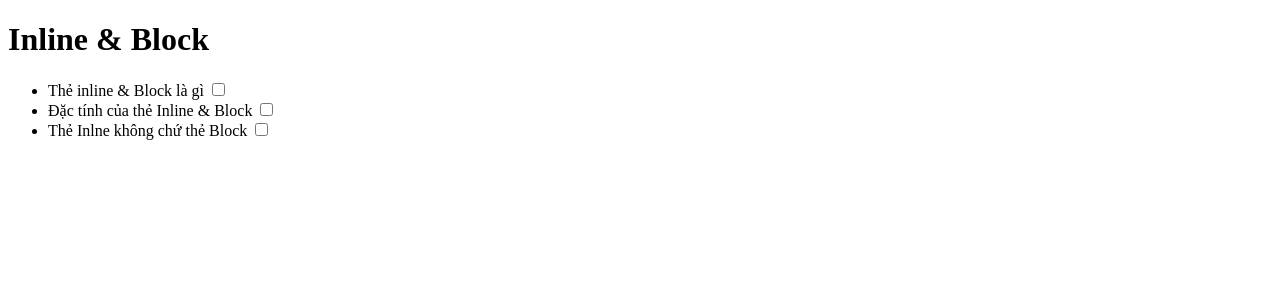
Repository: phanvu0103/HTML-CSS
Page: CSS_23_Thẻ-Inline_và_Thẻ_block/04_thẻ_display/index.html
An editor plug-in stored every save of this project. The page is shown before and after the next save, followed by the edit.
The browser window is 1280 px wide. The pictures show the whole page.

Above is the page before, as saved 2022-10-18 12:30:37.

### CSS_23_Thẻ-Inline_và_Thẻ_block/04_thẻ_display/index.html
<!DOCTYPE html>
<html lang="en">
  <head>
    <meta charset="UTF-8" />
    <meta name="viewport" content="width=device-width, initial-scale=1.0" />
    <title>Document</title>
    <link rel="stylesheet" href="style.css" />
  </head>
  <body>
    <h1>Inline & <strong>Block</strong></h1>
    <ul>
      <li>
        Thẻ inline & Block là gì
        <input type="checkbox" />
      </li>
      <li>
        Đặc tính của thẻ Inline & Block
        <input type="checkbox" />
      </li>
      <li>
        Thẻ Inlne không chứ thẻ Block
        <input type="checkbox" />
      </li>
    </ul>
  </body>
</html>

Loaded but not shown: CSS_23_Thẻ-Inline_và_Thẻ_block/04_thẻ_display/style.css (no stored copy; drawn as an empty file)

After the next save:
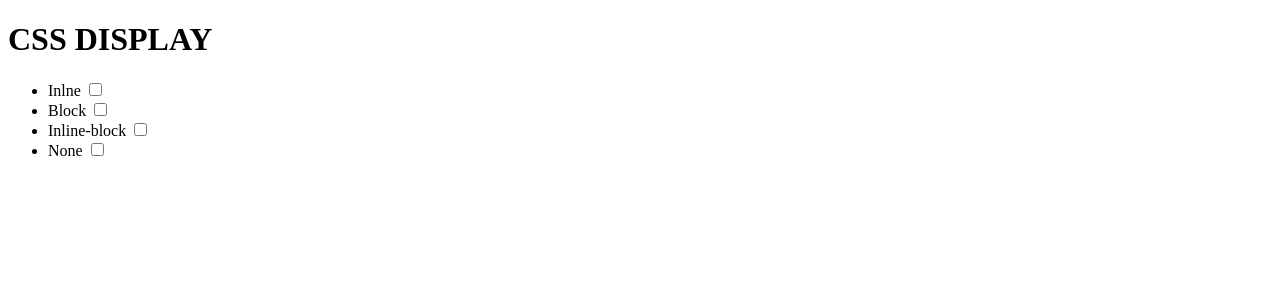
Saved 6 min 12 s later.
--- a/CSS_23_Thẻ-Inline_và_Thẻ_block/04_thẻ_display/index.html
+++ b/CSS_23_Thẻ-Inline_và_Thẻ_block/04_thẻ_display/index.html
@@ -7,18 +7,22 @@
     <link rel="stylesheet" href="style.css" />
   </head>
   <body>
-    <h1>Inline & <strong>Block</strong></h1>
+    <h1>CSS DISPLAY</h1>
     <ul>
       <li>
-        Thẻ inline & Block là gì
+        Inlne
         <input type="checkbox" />
       </li>
       <li>
-        Đặc tính của thẻ Inline & Block
+        Block
         <input type="checkbox" />
       </li>
       <li>
-        Thẻ Inlne không chứ thẻ Block
+        Inline-block
+        <input type="checkbox" />
+      </li>
+      <li>
+        None
         <input type="checkbox" />
       </li>
     </ul>
